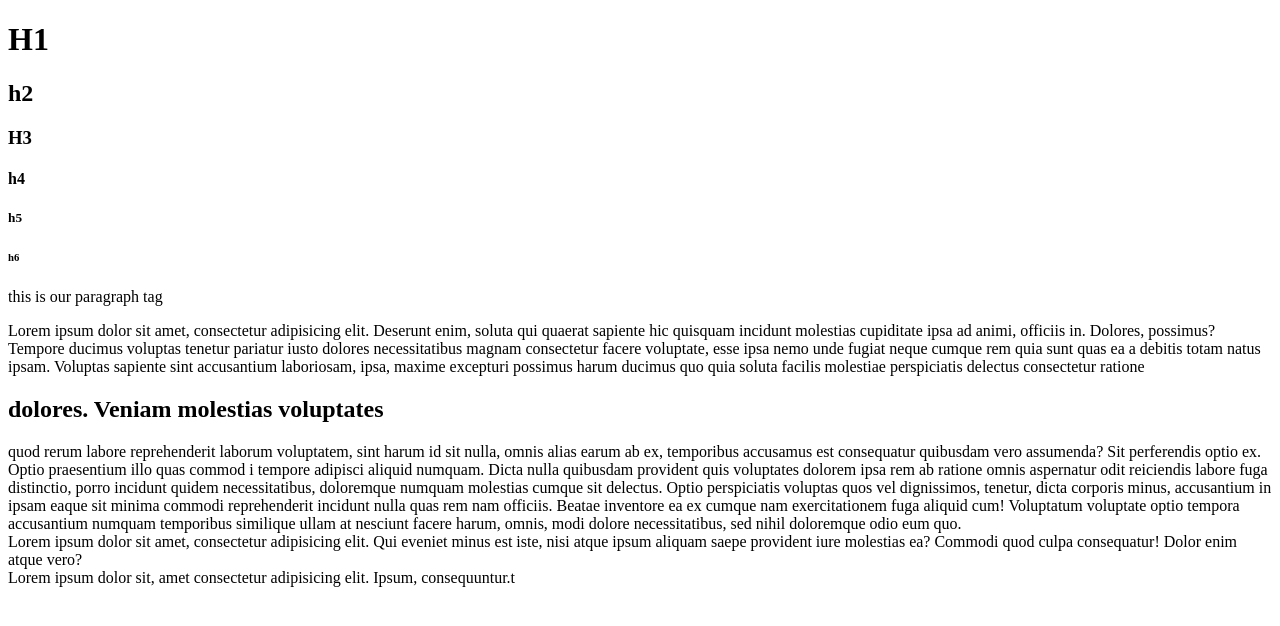
Repository: Ifenna-Pascal/firstRepo
Page: index.html
An editor plug-in stored every save of this project. The page is shown before and after the next save, followed by the edit.
The browser window is 1280 px wide. The pictures show the whole page.

Above is the page before, as saved 2023-07-14 11:59:17.

After the next save:
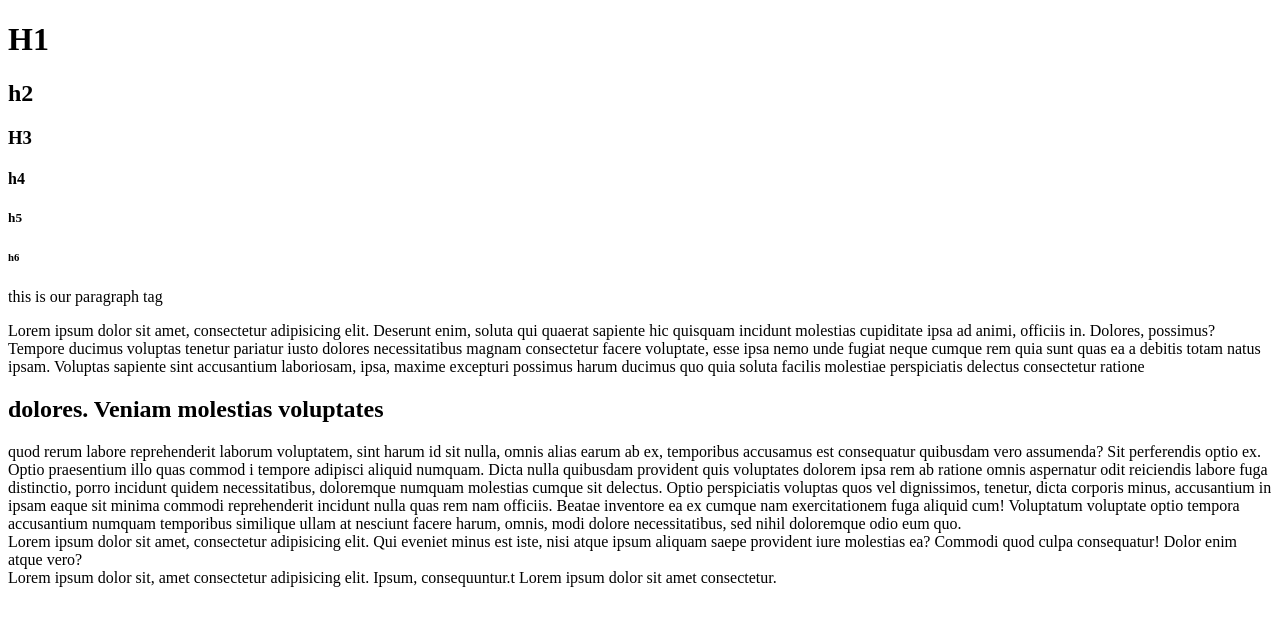
Saved 65 s later.
--- a/index.html
+++ b/index.html
@@ -36,5 +36,6 @@
 
     </section>
     <span>Lorem ipsum dolor sit, amet consectetur adipisicing elit. Ipsum, consequuntur.t</span>
+    <span>Lorem ipsum dolor sit amet consectetur.</span>
 </body>
 </html>
